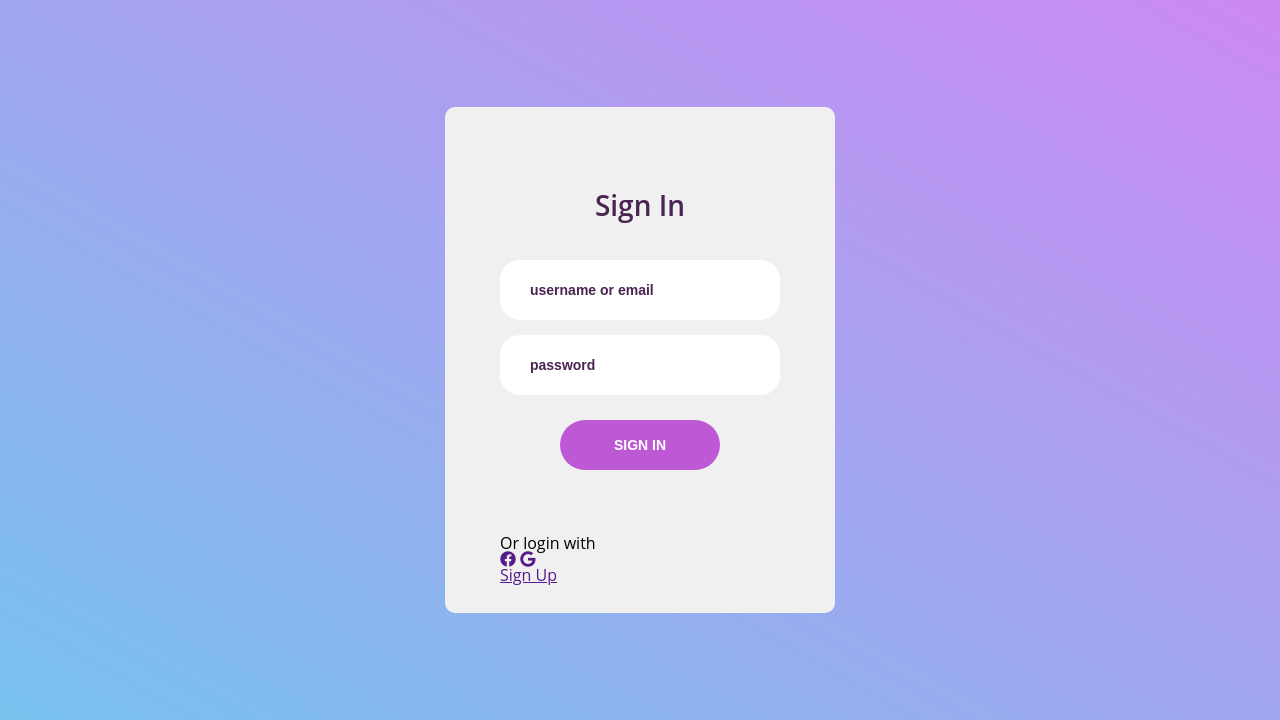
Repository: letrongtinh27/LapTrinhWeb
Page: signin/index.html
An editor plug-in stored every save of this project. The page is shown before and after the next save, followed by the edit.
The browser window is 1280 px wide. The pictures show the whole page.

Above is the page before, as saved 2022-10-09 21:22:11.

### signin/index.html
<!DOCTYPE html>
<html lang="en">
<head>
    <meta charset="UTF-8">
    <meta http-equiv="X-UA-Compatible" content="IE=edge">
    <meta name="viewport" content="width=device-width, initial-scale=1.0">
    <title>Sign In</title>
    <link rel="stylesheet" href="reset.css">
    <link rel="stylesheet" href="style.css">
    <link rel="stylesheet" href="https://cdnjs.cloudflare.com/ajax/libs/font-awesome/6.2.0/css/all.min.css" integrity="sha512-xh6O/CkQoPOWDdYTDqeRdPCVd1SpvCA9XXcUnZS2FmJNp1coAFzvtCN9BmamE+4aHK8yyUHUSCcJHgXloTyT2A==" crossorigin="anonymous" referrerpolicy="no-referrer" />
</head>
<body>
    <div class="sign-in">
        <h4 class="title">Sign In</h4>
        <form action="#" class="form-group" autocomplete="off">
            <div class="form-item">
                <input type="text" placeholder="username or email" class="item">
            </div>
            <div class="form-item">
                <input type="password" placeholder="password" class="item" >
            </div>
            <button class="btn-signin">sign in</button>
            <p class="chose">Or login with</p>
            <div class="sing-in-icon">
                <a href="" class="facebook"><i class="fa-brands fa-facebook"></i></a>
                <a href="" class="google"><i class="fa-brands fa-google"></i></a>
            </div>
            <a href="" class="sign-up">Sign Up</a>
        </form>
    </div>
    <script src="https://code.jquery.com/jquery-3.3.1.slim.min.js" integrity="sha384-q8i/X+965DzO0rT7abK41JStQIAqVgRVzpbzo5smXKp4YfRvH+8abtTE1Pi6jizo" crossorigin="anonymous"></script>
    <script src="https://cdn.jsdelivr.net/npm/popper.js@1.14.7/dist/umd/popper.min.js" integrity="sha384-UO2eT0CpHqdSJQ6hJty5KVphtPhzWj9WO1clHTMGa3JDZwrnQq4sF86dIHNDz0W1" crossorigin="anonymous"></script>
    <script src="https://cdn.jsdelivr.net/npm/bootstrap@4.3.1/dist/js/bootstrap.min.js" integrity="sha384-JjSmVgyd0p3pXB1rRibZUAYoIIy6OrQ6VrjIEaFf/nJGzIxFDsf4x0xIM+B07jRM" crossorigin="anonymous"></script>
</body>
</html>

### signin/style.css
html {
    font-family: 'Open Sans',sans-serif;
}

* {
    box-sizing: border-box;
}

body {
    width: 100%;
    height: 100vh;
    background-image: linear-gradient(to right top,  #77C2EE, #CC89f2);
    display: flex;
    justify-content: center;
    align-items: center;
}

.sign-in{
    background-color: #f1f0f0;
    border-radius: 10px;
    width: 100%;
    max-width: 390px;
    padding: 80px 55px 30px 55px;

}
.title{
    font-size: 28px;
    font-weight: 600;
    text-align: center;
    color: #4a2552;
    padding-bottom: 37px;
    line-height: 36px;
}

.form-item{
    padding-bottom: 15px;
}
form {
    background-color: #f1f0f0;
    color: black;
  }
  ::placeholder { /* Chrome, Firefox, Opera, Safari 10.1+ */
    color: #4a2552;
    opacity: 1; /* Firefox */
  }

  :-ms-input-placeholder { /* Internet Explorer 10-11 */
    color: #4a2552;
  }

  ::-ms-input-placeholder { /* Microsoft Edge */
    color: #4a2552;
  }
.form-item > .item{
    border-radius: 20px;
    background-color: #ffffff;
    padding: 0 30px;
    border: 0;
    color: #4a2552;
    font-weight: 700;
    font-size: 14px;
    height: 60px;
    width: 280px;
    outline: none;
}
.form-item > .item:focus {
    box-shadow: 0px 5px 30px 0 rgba(0, 0, 0, 0.2);
}
.btn-signin{
display: block;
  width: 160px;
  height: 50px;
  text-align: center;
  background-color: #bd59d4;
  color: #fff;
  border: 0;
  border-radius: 30px;
  font-size: 14px;
  font-weight: 600;
  margin: 10px auto 65px auto;
text-transform: uppercase;
cursor: pointer;

}

.btn-signin:hover {
    background-color: #4b2354;
    box-shadow: 0 10px 30px 0 rgb(189 89 212 / 80%);
}
.sing-in-icon{

}
.facebook{

}
.fa-brands{

}
.fa-facebook{

}
.google{

}
.fa-google{

}
.sign-up{

}

Loaded but not shown: signin/reset.css (common file)

After the next save:
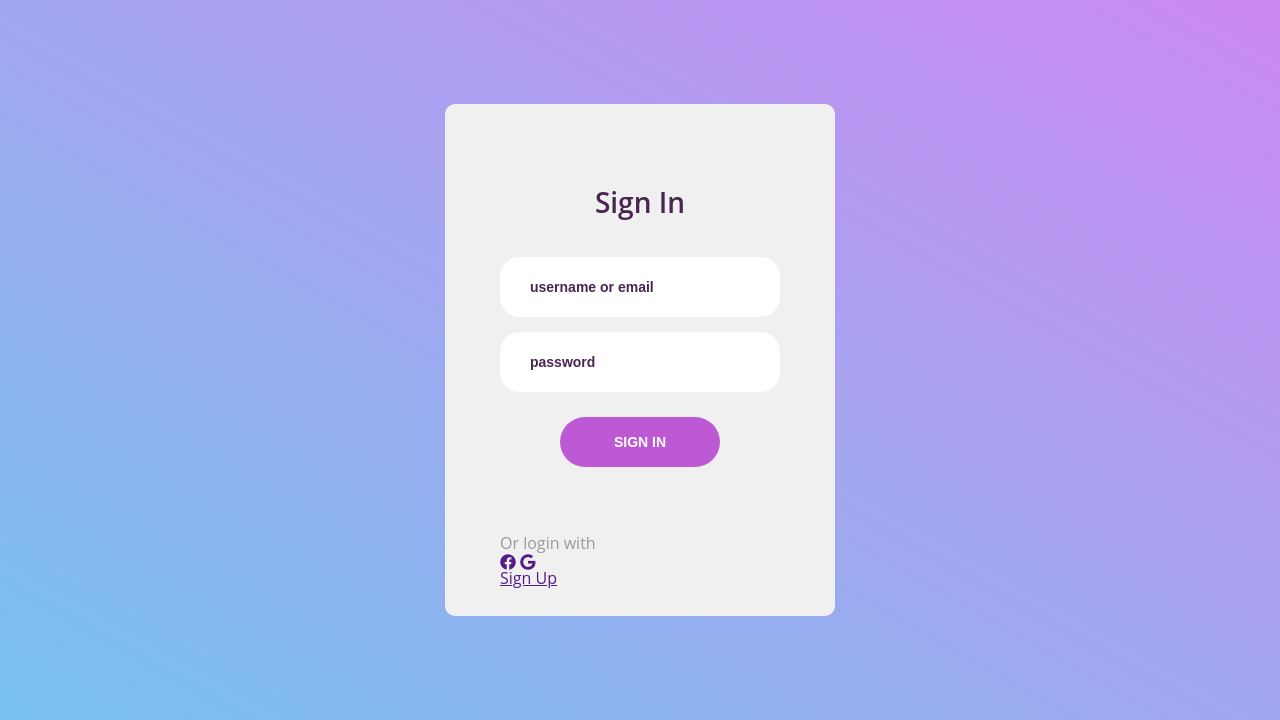
Saved 29 s later.
--- a/signin/style.css
+++ b/signin/style.css
@@ -82,10 +82,14 @@ text-transform: uppercase;
 cursor: pointer;
 
 }
-
 .btn-signin:hover {
     background-color: #4b2354;
     box-shadow: 0 10px 30px 0 rgb(189 89 212 / 80%);
+}
+.chose {
+    font-size: 16px;
+    color: #999;
+    line-height: 1.4;
 }
 .sing-in-icon{
 
